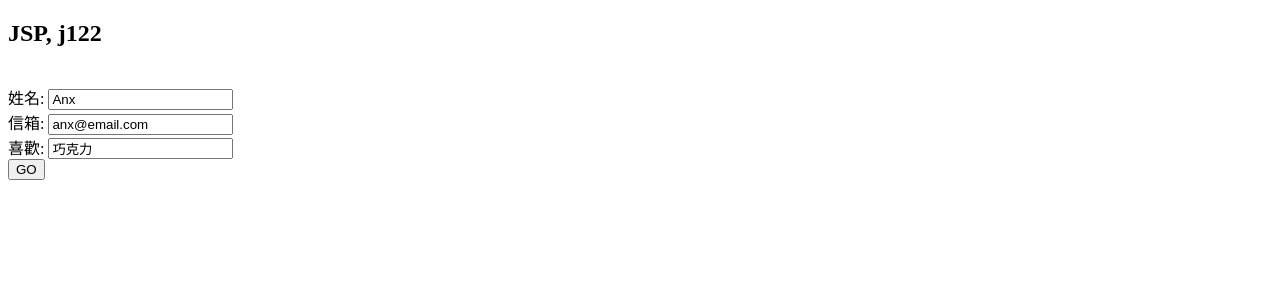
Repository: anxhuang/Java_Web
Page: http://localhost/code/j122.jsp
The author's editor kept a copy of each file at every save. The page is drawn from the files as they stood at one save, then again after the next save.
The browser window is 1280 px wide. The pictures show the whole page.
The page is served by Tomcat 9. Other server files are loaded and not shown.

Above is the page before, as saved 2018-07-12 13:21:54.

### code/WebContent/j122.jsp
<%@ page language="java" pageEncoding="UTF-8"%>
<!DOCTYPE html PUBLIC "-//W3C//DTD HTML 4.01 Transitional//EN" "http://www.w3.org/TR/html4/loose.dtd">
<html>
<head>
<title>j122</title>
</head>
<body>

	<h2>JSP, j122</h2><br>

	<form action="S122">
		姓名: <input type="text" name="user" value="Anx"><br>
		信箱: <input type="text" name="email" value="anx@email.com"><br>
		喜歡: <input type="text" name="like" value="巧克力"><br>
		<input type="submit" value="GO">
	</form>

</body>
</html>

After the next save:
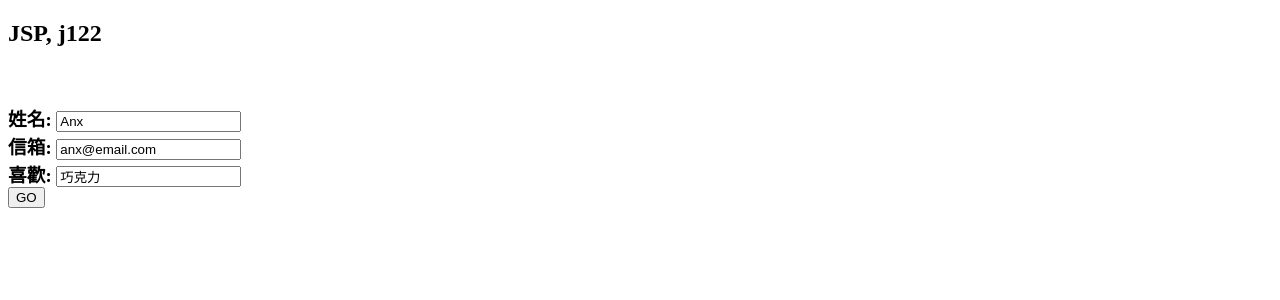
Saved 2 min 50 s later.
--- a/code/WebContent/j122.jsp
+++ b/code/WebContent/j122.jsp
@@ -8,12 +8,13 @@
 
 	<h2>JSP, j122</h2><br>
 
-	<form action="S122">
-		姓名: <input type="text" name="user" value="Anx"><br>
-		信箱: <input type="text" name="email" value="anx@email.com"><br>
-		喜歡: <input type="text" name="like" value="巧克力"><br>
-		<input type="submit" value="GO">
-	</form>
-
+	<h3>
+		<form action="S122">
+			姓名: <input type="text" name="user" value="Anx"><br>
+			信箱: <input type="text" name="email" value="anx@email.com"><br>
+			喜歡: <input type="text" name="like" value="巧克力"><br>
+			<input type="submit" value="GO">
+		</form>
+	</h3>
 </body>
 </html>
